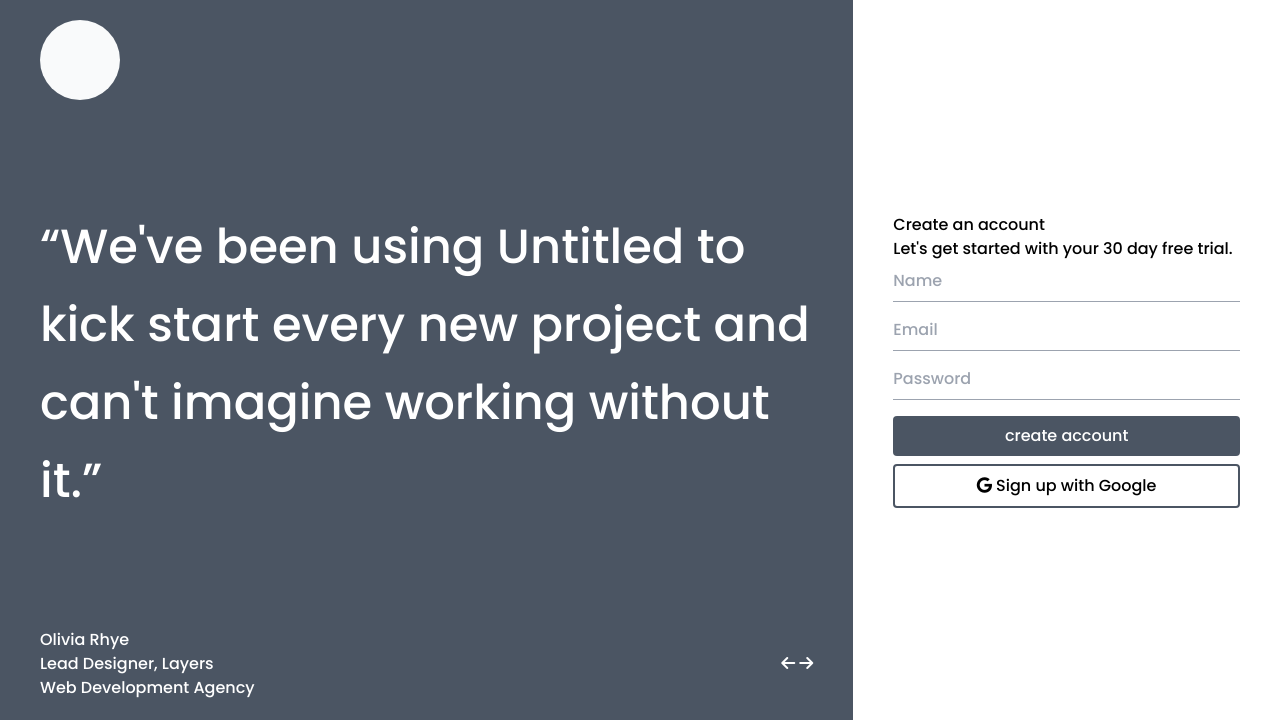
Repository: debthebuilder/youtube-html-contact-form-tailwindcss
Page: contact.html
The author's editor kept a copy of each file at every save. The page is drawn from the files as they stood at one save, then again after the next save.
The browser window is 1280 px wide. The pictures show the whole page.
Some web libraries are served in a nearby version.

Above is the page before, as saved 2022-08-03 05:55:42.

After the next save:
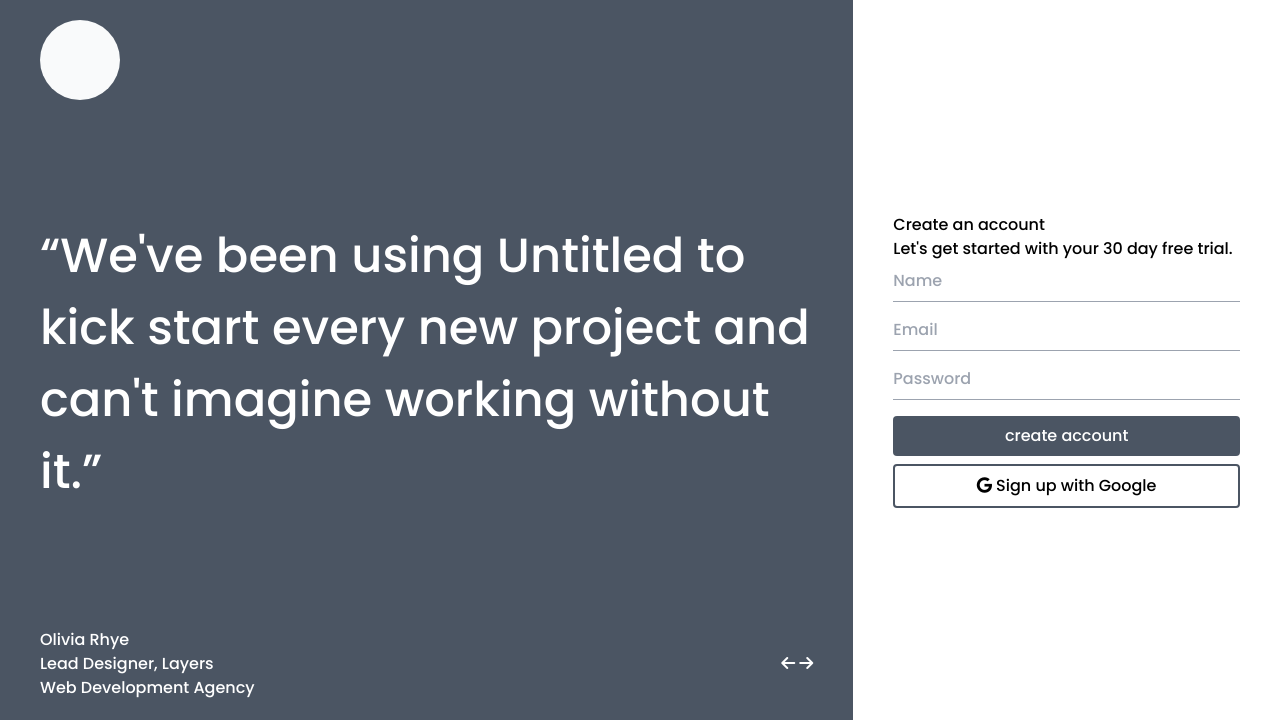
Saved 19 s later.
--- a/contact.html
+++ b/contact.html
@@ -23,7 +23,7 @@
             <a href="#" class="block">
                 <div class="w-20 h-20 bg-gray-50 rounded-full"></div>
             </a>
-            <q class="text-5xl leading-relaxed">We've been using Untitled to kick start every new project and can't imagine working without it.</q>
+            <q class="text-5xl leading-normal">We've been using Untitled to kick start every new project and can't imagine working without it.</q>
             <div class="flex flex-row items-center justify-between">
                 <div>
                     <h3>Olivia Rhye</h3>
